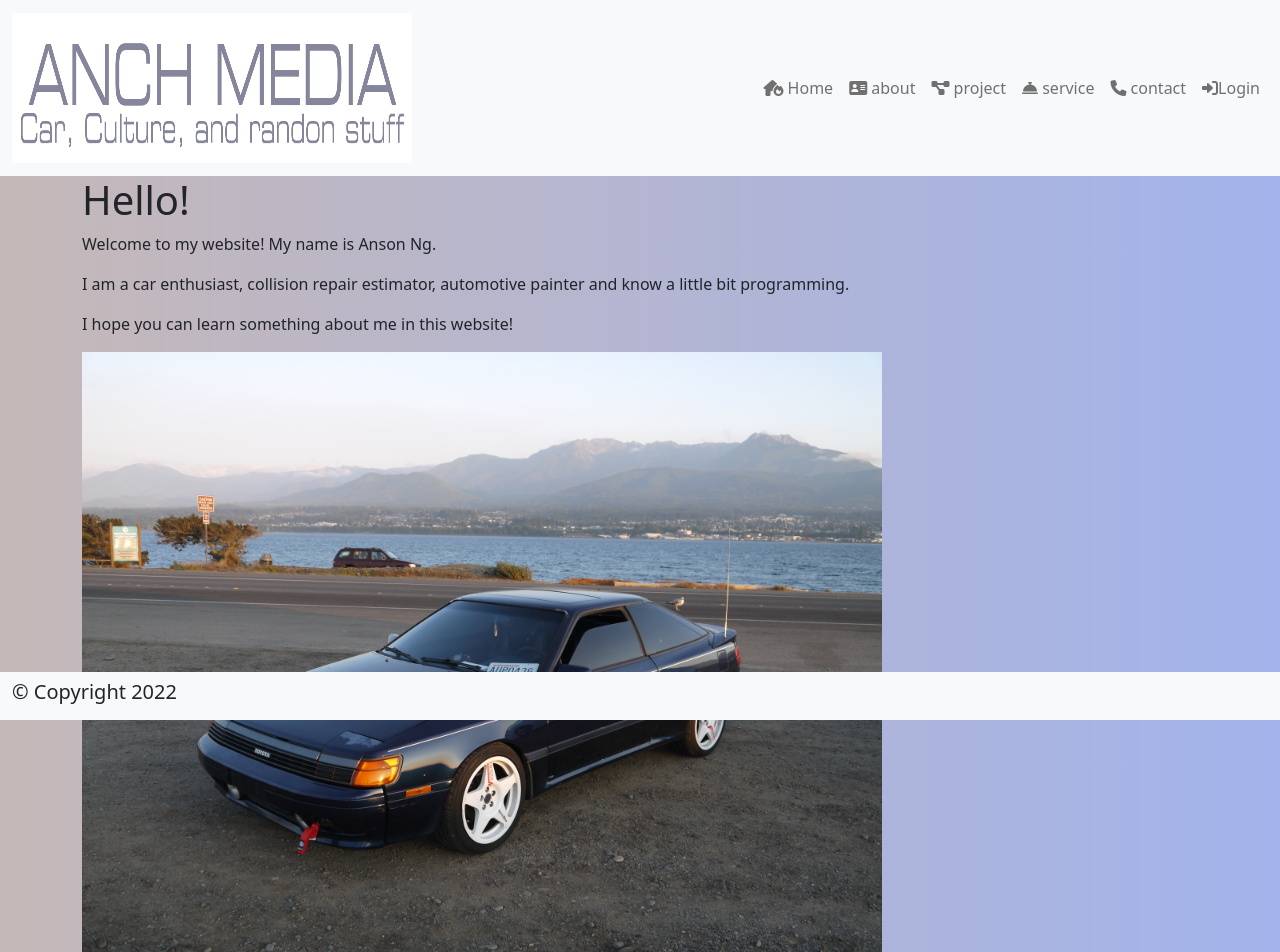
Repository: justhumanmaybe/assignment2
Page: http://localhost/
An editor plug-in stored every save of this project. The page is shown before and after the next save, followed by the edit.
The browser window is 1280 px wide. The pictures show the whole page.
The page is served by the project's Node server (server.js).

Above is the page before, as saved 2022-06-20 17:49:58.

After the next save:
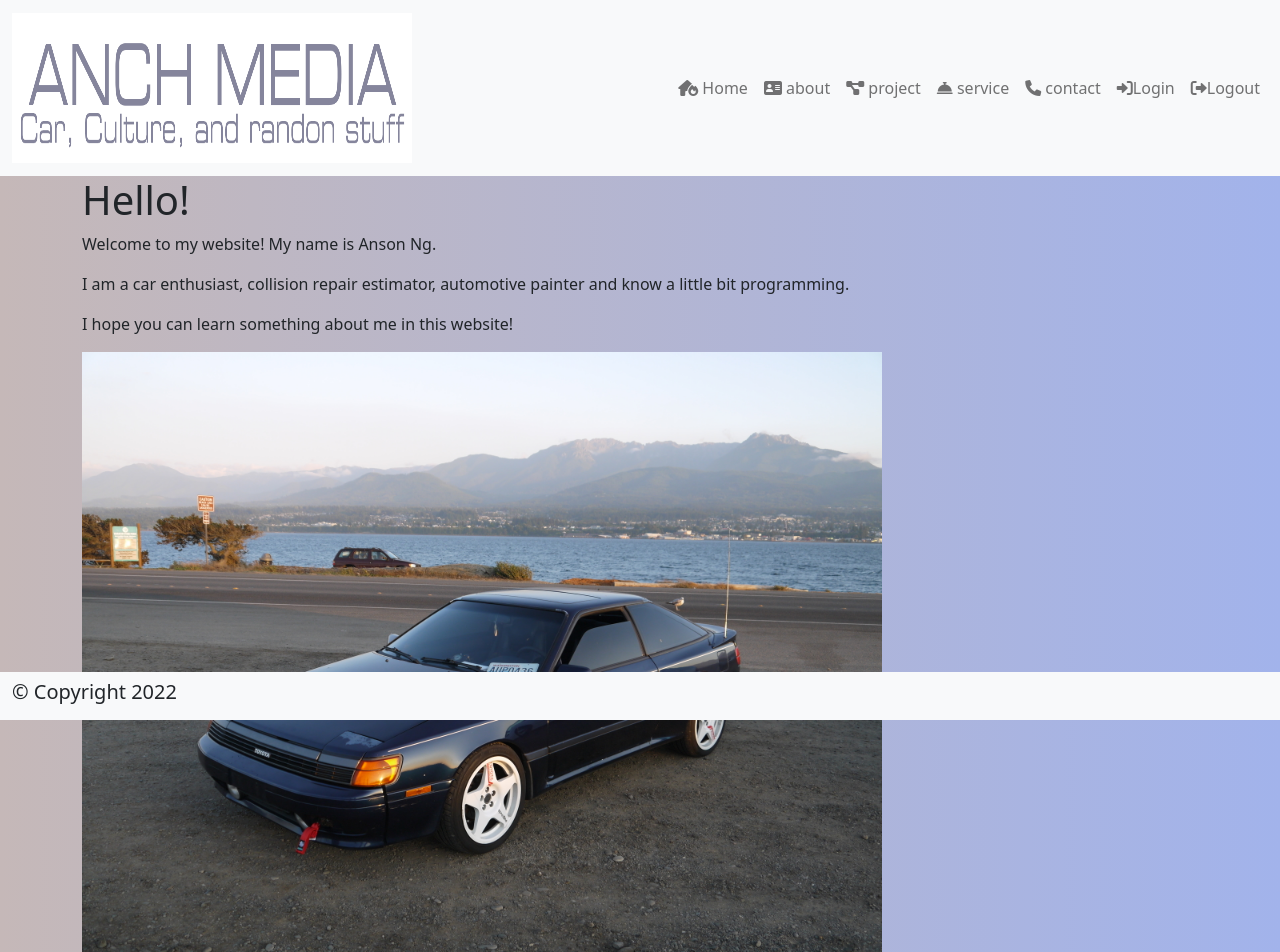
Saved 92 s later.
--- a/Server/Views/components/header.ejs
+++ b/Server/Views/components/header.ejs
@@ -25,6 +25,9 @@
           <li class="nav-item">
             <a class="nav-link" aria-current="page" href="/login"><i class="fa-solid fa-right-to-bracket"></i>Login</a>
           </li>
+          <li class="nav-item">
+            <a class="nav-link" aria-current="page" href="/logout"><i class="fa-solid fa-right-from-bracket"></i>Logout</a>
+          </li>
 
 
 
